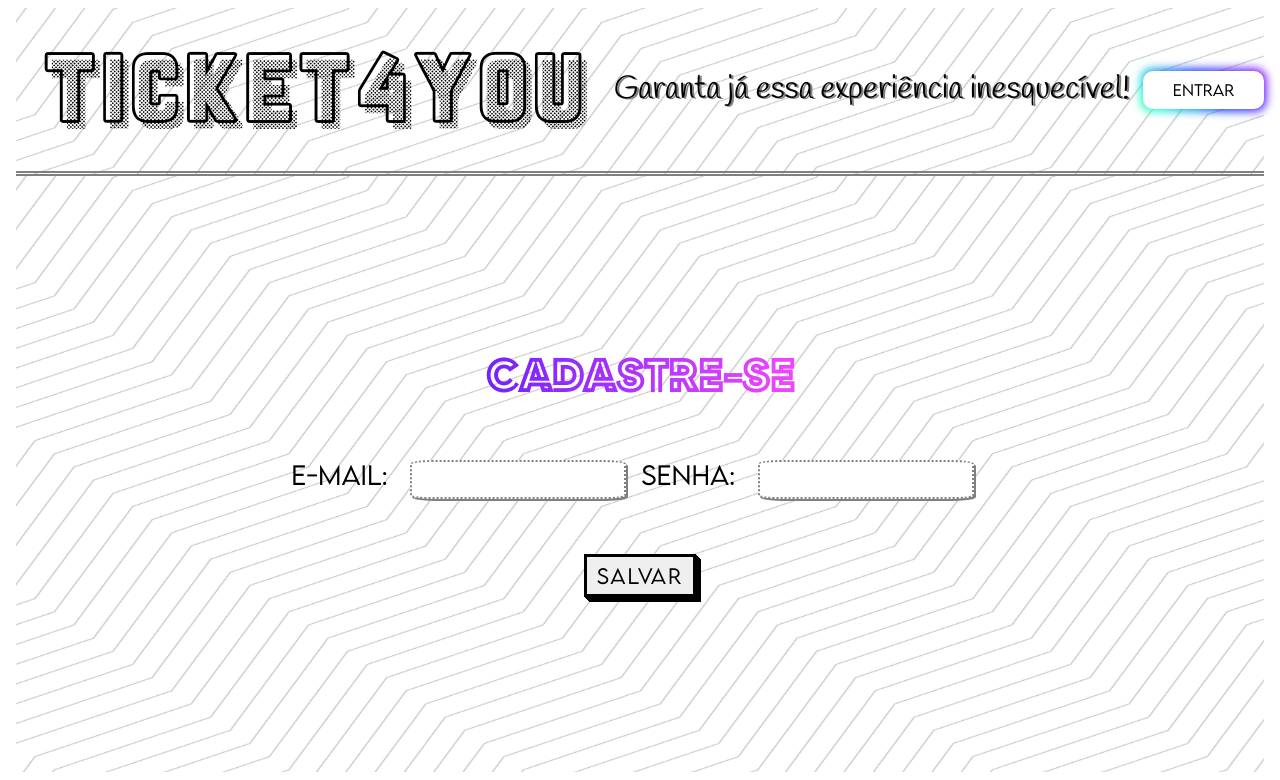
Repository: hellengurgaczz/projeto-DSA
Page: /login/cadastro
An editor plug-in stored every save of this project. The page is shown before and after the next save, followed by the edit.
The browser window is 1280 px wide. The pictures show the whole page.
The project was rebuilt for these pictures with package versions that can differ from the ones it lists, and the page was loaded fresh each time. Some packages were replaced by stand-ins written for this rebuild. Also part of the build but not shown: angular.json, src/app/ingressos/templates/cadastrar/cadastrar.component.ts, src/app/models/ingresso.model.ts, src/app/services/ingresso.service.ts, src/app/compra/comprar-ingresso/comprar-ingresso.component.ts, src/app/models/compra.model.ts, src/app/services/compra.service.ts, src/app/ingressos/templates/deletar/deletar.component.ts and 3 more.

Above is the page before, as saved 2022-05-30 14:31:21.

After the next save:
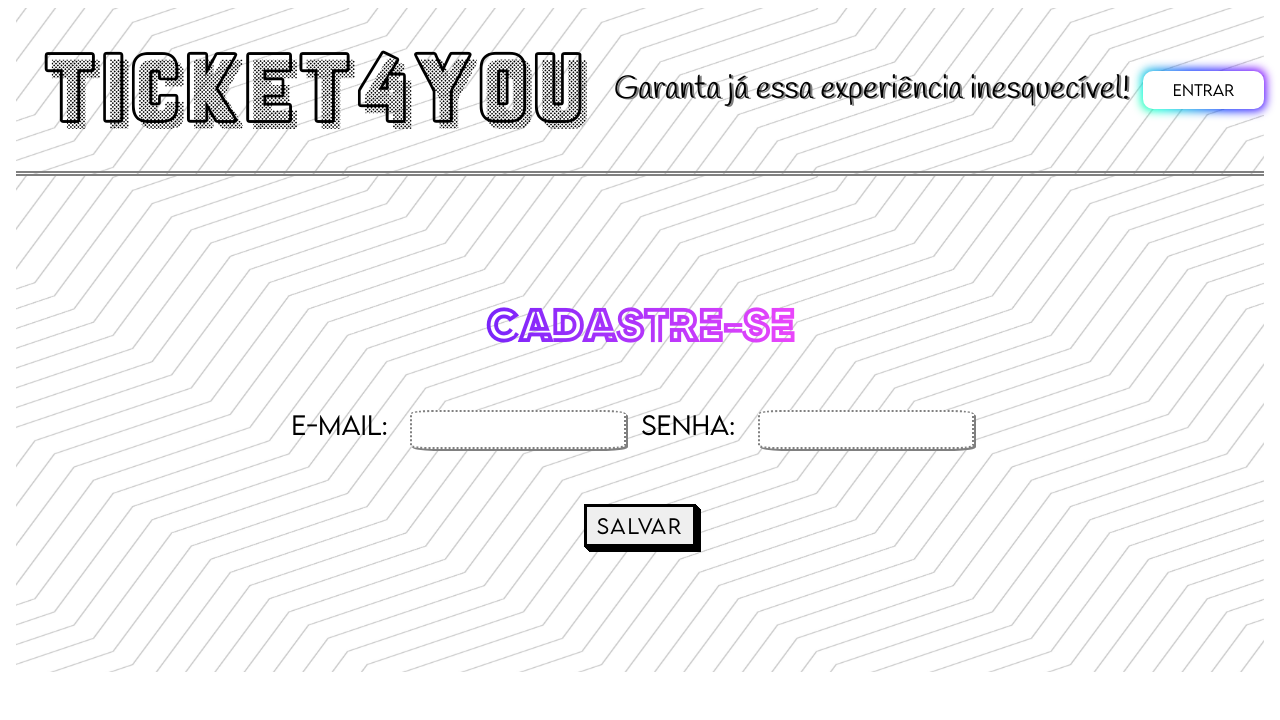
Saved 5 s later.
--- a/src/app/login/login-cadastro/login-cadastro.component.css
+++ b/src/app/login/login-cadastro/login-cadastro.component.css
@@ -30,7 +30,7 @@ input{
   font-family: LEMONMILK-Light;
   font-size: 25px;
   text-align: center;
-  padding: 150px;
+  padding: 100px;
   background-image: url(../fonts/SL_042620_30310_10.jpg);
   background-size: cover;
 }
